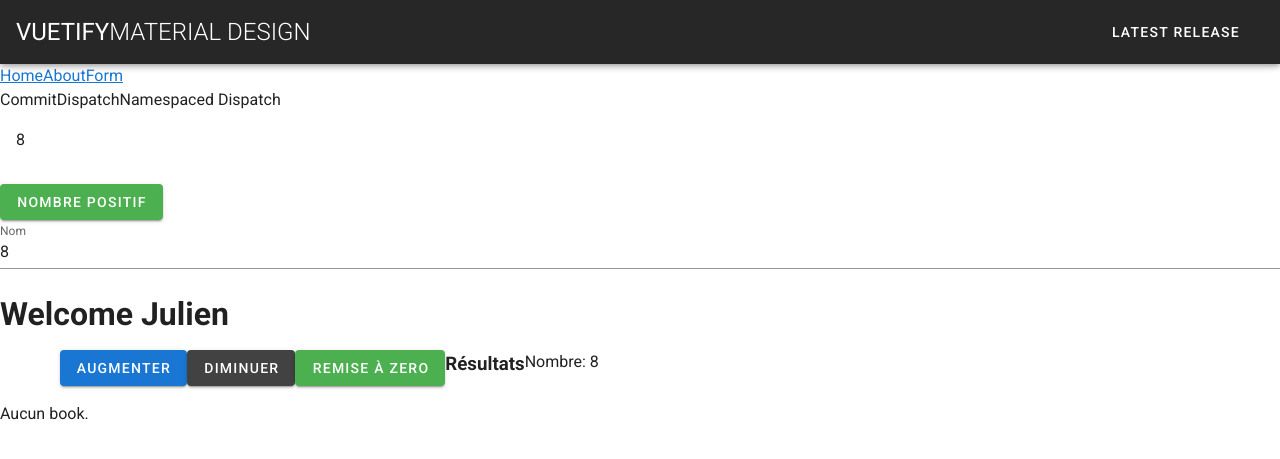
Repository: Symfomany/vuex-testing
Page: /
An editor plug-in stored every save of this project. The page is shown before and after the next save, followed by the edit.
The browser window is 1280 px wide. The pictures show the whole page.
The page's requests for data from a server got no answer. The project was rebuilt for these pictures with package versions that can differ from the ones it lists, and the page was loaded fresh each time. No one was signed in, and anything a server would have sent is missing.

Above is the page before, as saved 2019-07-29 07:10:34.

After the next save:
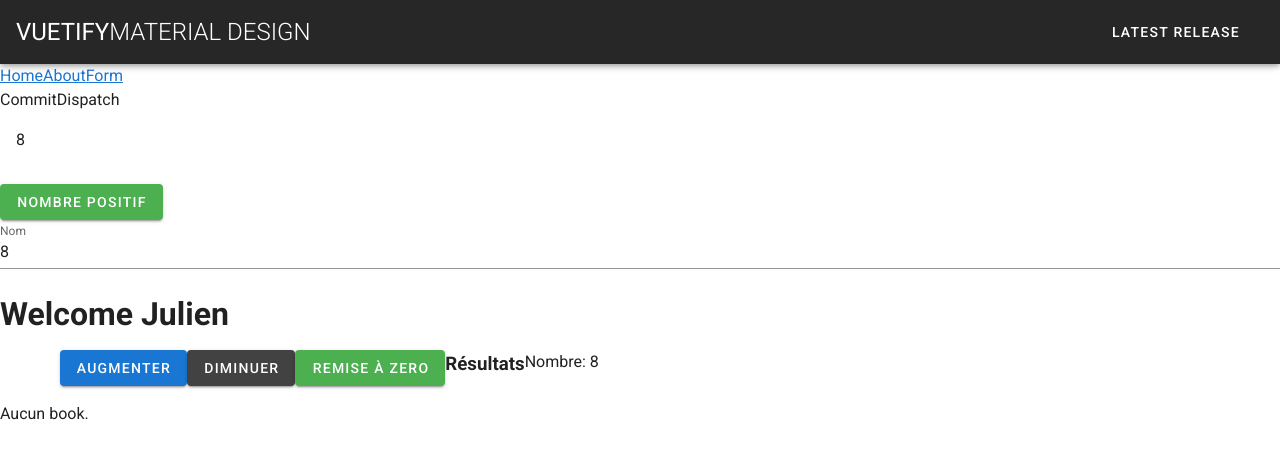
Saved 17 s later.
--- a/src/components/ComponentWithButtons.vue
+++ b/src/components/ComponentWithButtons.vue
@@ -12,11 +12,7 @@
       Dispatch
     </button>
 
-    <button
-      class="namespaced-dispatch"
-      @click="handleNamespacedDispatch">
-      Namespaced Dispatch
-    </button>
+
   </div>
 </template>
 
@@ -33,9 +29,6 @@ export default {
       this.$store.dispatch("testAction", { msg: "Test Dispatch" })
     },
 
-    handleNamespacedDispatch() {
-      this.$store.dispatch("namespaced/very/deeply/testAction", { msg: "Test Namespaced Dispatch" })
-    }
   }
 }
 </script>
